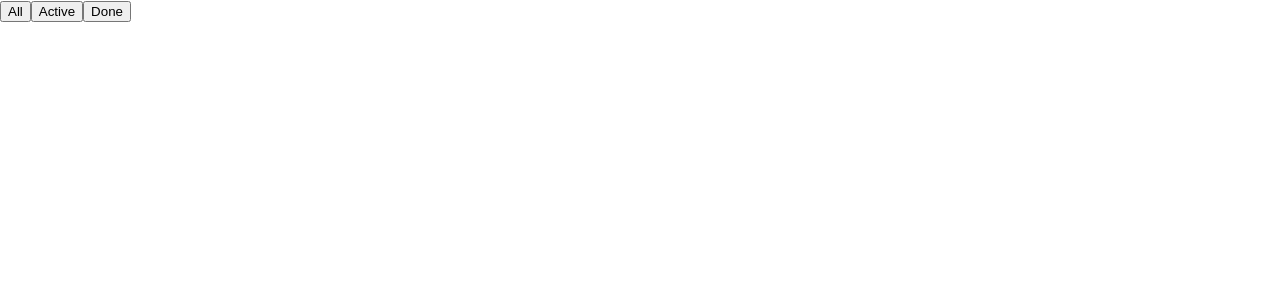
Repository: Yugayoung/todoList
Page: /
The author's editor kept a copy of each file at every save. The page is drawn from the files as they stood at one save, then again after the next save.
The browser window is 1280 px wide. The pictures show the whole page.
The project was rebuilt for these pictures with package versions that can differ from the ones it lists, and the page was loaded fresh each time. Also part of the build but not shown: src/App.css.

Above is the page before, as saved 2024-03-21 00:12:29.

After the next save:
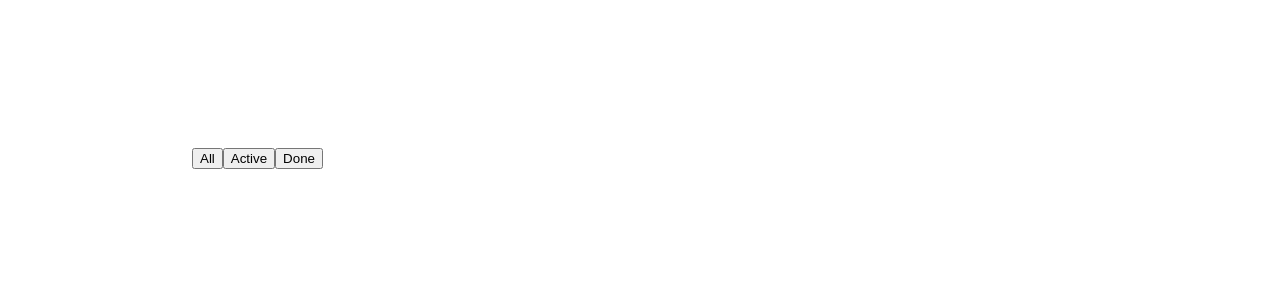
Saved 106 s later.
--- a/src/index.css
+++ b/src/index.css
@@ -5,6 +5,12 @@ body {
     sans-serif;
   -webkit-font-smoothing: antialiased;
   -moz-osx-font-smoothing: grayscale;
+  width: 100vw;
+  height: 100vh;
+  display: flex;
+  justify-content: center;
+  align-items: center;
+  font-size: 1.2rem;
 }
 
 code {
@@ -12,9 +18,6 @@ code {
     monospace;
 }
 #root {
-  display: flex;
-  align-items: center;
-  justify-items: center;
   width: 70%;
   height: 60%;
 }
